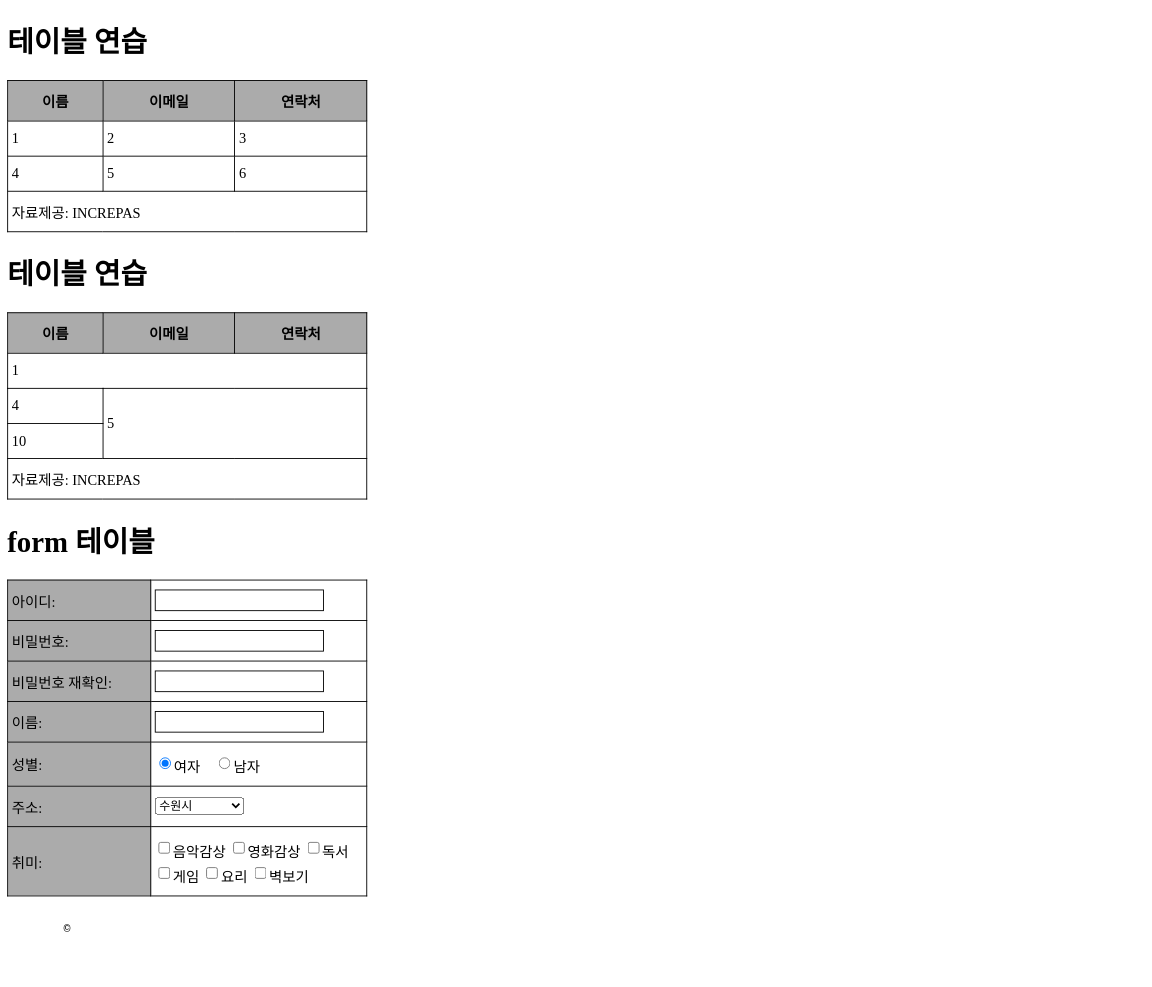
Repository: CHOKIHO/html
Page: work/0109/WebContent/ex2_form_table.html
The author's editor kept a copy of each file at every save. The page is drawn from the files as they stood at one save, then again after the next save.
The browser window is 1280 px wide. The pictures show the whole page, at 90% of full size.

Above is the page before, as saved 2017-01-09 03:13:05.

After the next save:
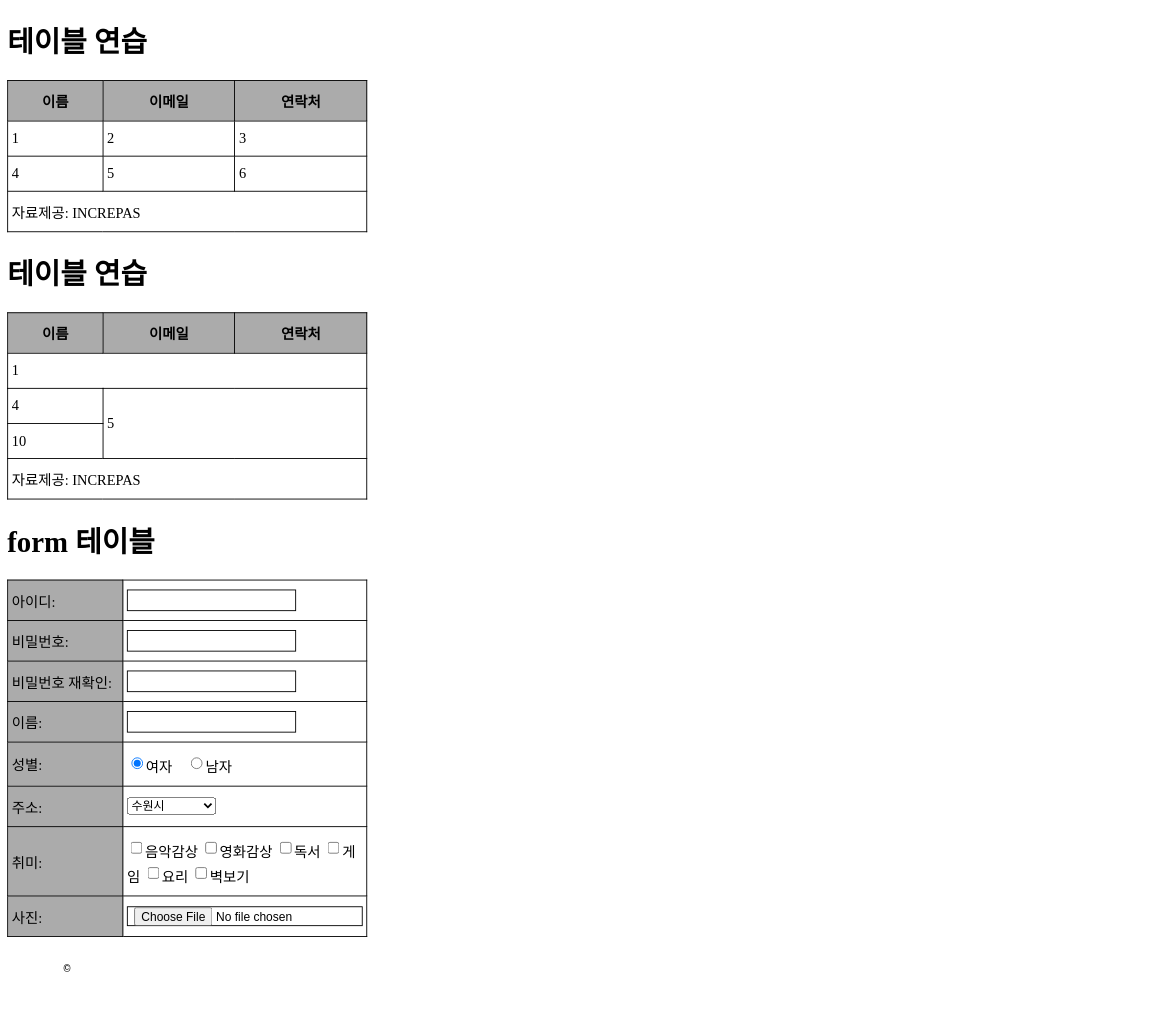
Saved 56 s later.
--- a/work/0109/WebContent/ex2_form_table.html
+++ b/work/0109/WebContent/ex2_form_table.html
@@ -156,6 +156,13 @@
 						<input  type="checkbox"   value="벽보기"   name="hobby">벽보기
 					</td>
 				</tr>
+				<tr>
+					<td class="title"><label for="m_pic">사진:</label></td>
+					<td>
+						<input  type="file"   name="pic"  id="m_pic">
+					</td>
+				</tr>
+
 
 			</tbody>
 		</table>
